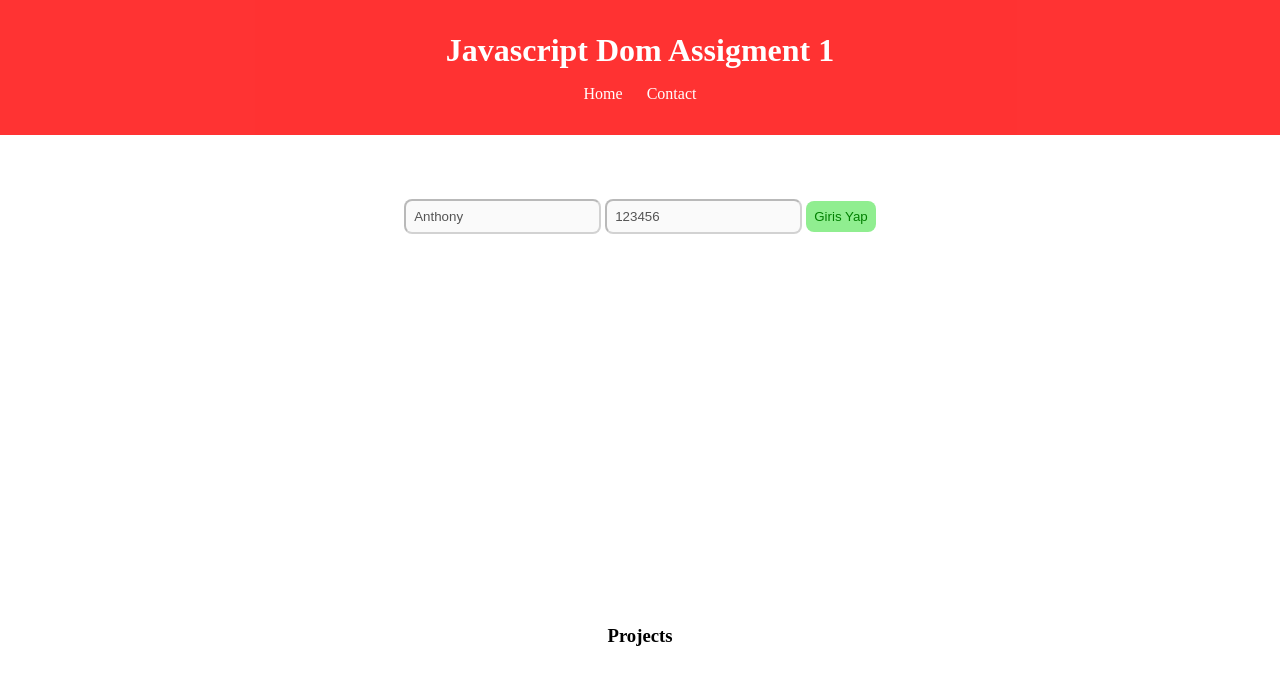
Repository: haakanerol/haakanerol
Page: Js.ass1/index.html
These files come from the project's save history. The page is drawn as it stood at one moment and after the next save; the edit follows.
The browser window is 1280 px wide. The pictures show the whole page.

Above is the page before, as saved 2024-02-25 16:25:26.

### Js.ass1/index.html
<!DOCTYPE html>
<html lang="en">
<head>
    <meta charset="UTF-8">
    <meta name="viewport" content="width=device-width, initial-scale=1.0">
    <title>Document</title>
    <style>
        * {
            margin: 0;
            padding: 0;
            box-sizing: border-box;
        }
        main {
            display: flex;
            flex-direction: column;
            justify-content: space-between;
            align-items: center;
            height: 80vh;
            padding: 4rem;
        }
    </style>
</head>
<body>
    <header class="header">
        <h1 id="title">aaa</h1>
        <nav>
            <ul class="nav-item">
                <li id="home">Home</li>
                <li>Contact</li>
            </ul>
        </nav>
    </header>
    <main>
        <section>
            <input type="text" id="username">
            <input type="password" id="password">
            <button class="btn">Login</button>
        </section>
        <section id="projects">
            <h3>Projects</h3>
            <ul>
            </ul>
        </section>
    </main>
    <script src="app.js"></script>
</body>
</html>

### Js.ass1/app.js
newHeader = document.querySelector(".header")
newHeader.style.backgroundColor = "red"
newHeader.style.opacity = "0.8"
newHeader.style.color = "white"
newHeader.style.textAlign = "center"
newHeader.style.padding = "2rem"

newTitle = document.getElementById("title")
newTitle.textContent = "Javascript Dom Assigment 1"
newTitle.style.marginBottom = "1rem"

newNavItem = document.querySelector(".nav-item")
newNavItem.style.display = "flex"
newNavItem.style.justifyContent = "center"
newNavItem.style.gap = "1.5rem"
newNavItem.style.listStyle = "none"

newUsername = document.querySelector("#username")
newPassword = document.querySelector("#password")
newUsername.value = "Anthony"
newPassword.value = "123456"
newPassword.type = "number"
newUsername.disabled = "true"
newPassword.disabled = "true"
newUsername.style.padding = ".5rem"
newUsername.style.borderRadius = ".5rem"
newPassword.style.padding = ".5rem"
newPassword.style.borderRadius = ".5rem"

newBtn = document.querySelector(".btn")
newBtn.style.backgroundColor = "lightgreen"
newBtn.style.color = "green"
newBtn.style.padding = " .5rem"
newBtn.style.border = "none"
newBtn.style.borderRadius = ".5rem"
newBtn.style.cursor = "pointer"
newBtn.textContent = " Giris Yap"

newProjects = document.getElementById("projects")
newProjects.firstElement

After the next save:
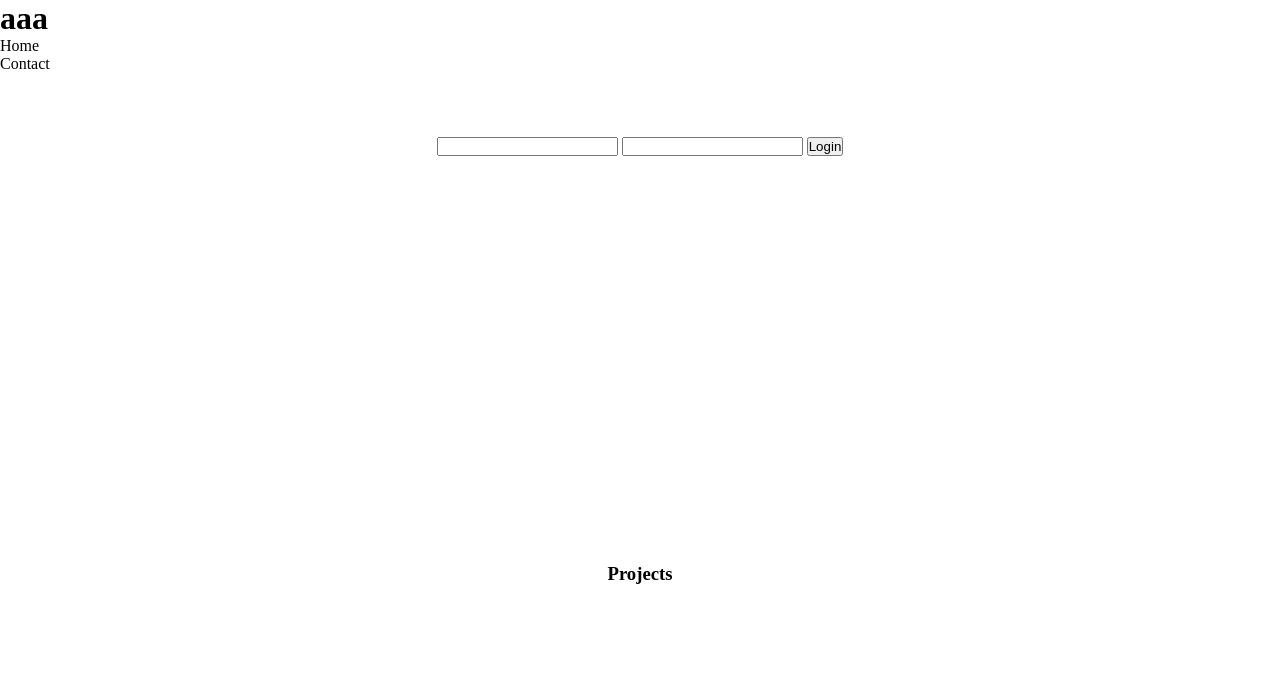
Console error: SyntaxError: Unexpected end of input
Saved 5 s later.
--- a/Js.ass1/app.js
+++ b/Js.ass1/app.js
@@ -37,4 +37,4 @@
 newBtn.textContent = " Giris Yap"
 
 newProjects = document.getElementById("projects")
-newProjects.firstElement
+newProjects.firstElementChild.

After the save that followed:
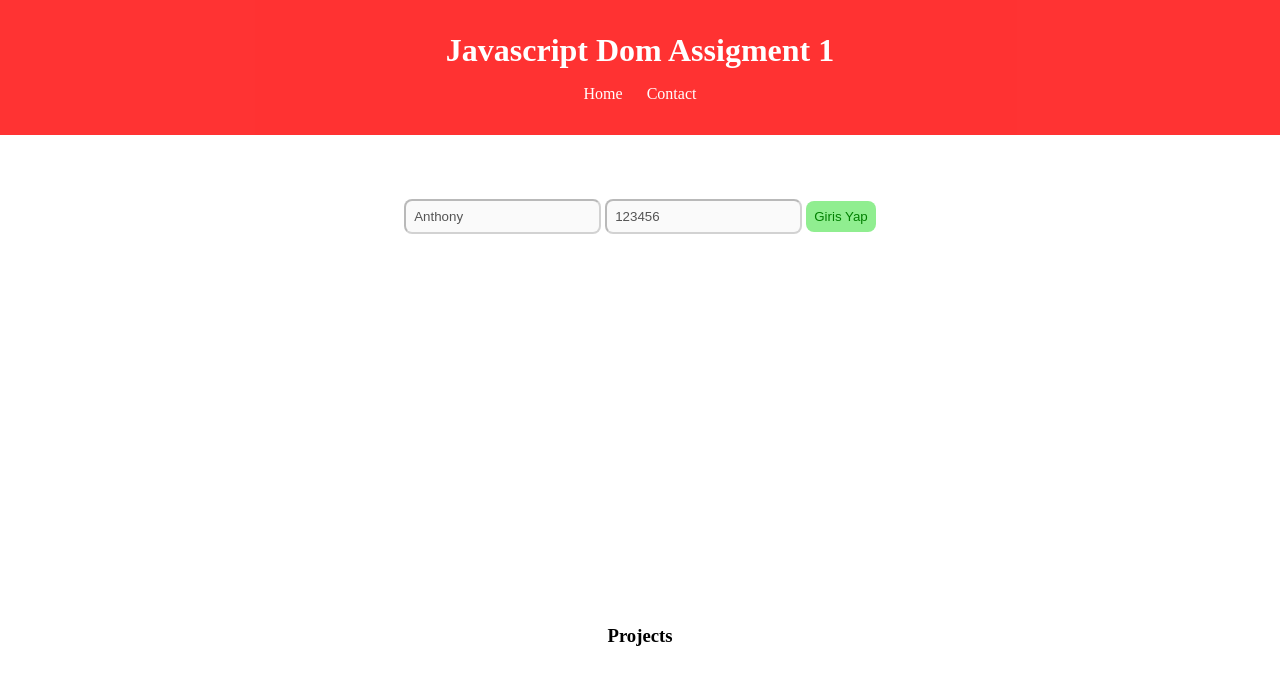
The error is gone.
Saved 7 s later.
--- a/Js.ass1/app.js
+++ b/Js.ass1/app.js
@@ -37,4 +37,4 @@
 newBtn.textContent = " Giris Yap"
 
 newProjects = document.getElementById("projects")
-newProjects.firstElementChild.
+newProjects.firstElementChild.text
